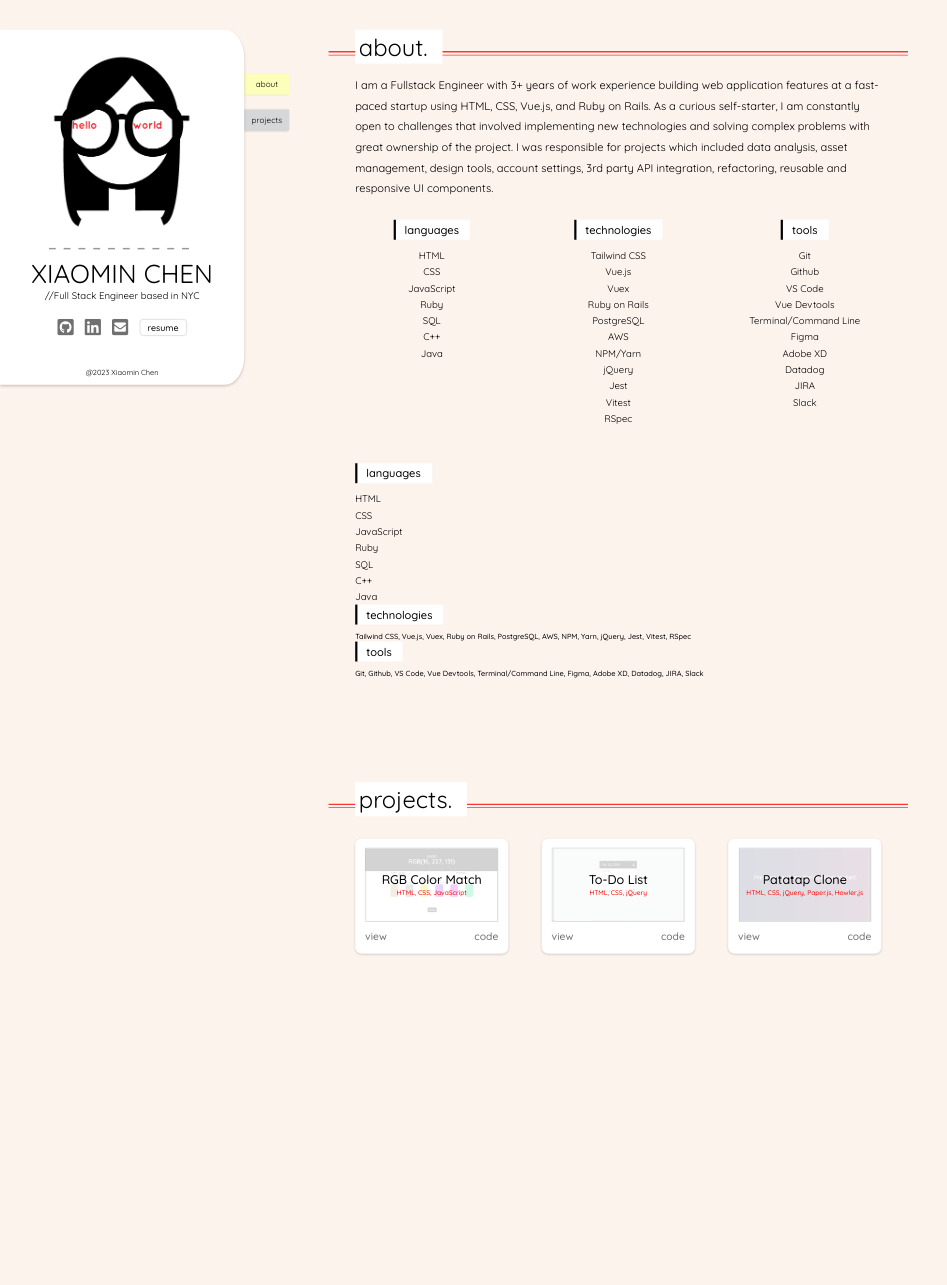
Repository: xchen136/xchen136.github.io
Page: index.html
These files come from the project's save history. The page is drawn as it stood at one moment and after the next save; the edit follows.
The browser window is 1280 px wide. The pictures show the whole page, at 74% of full size.
Some web libraries are served in a nearby version. The style sheet was rebuilt from its Sass, Less or Tailwind sources for each picture, by a compiler version that may differ from the author's.

Above is the page before, as saved 2023-04-08 13:07:30.

### index.html
<!DOCTYPE html>
<html lang="en">
<head>
	<meta charset="UTF-8">
	<meta name="viewport" content="width=device-width, initial-scale=1.0">
	<link rel="stylesheet" href="css/style.css">
	<link rel="shortcut icon" type="image/png" href="img/icon/favicon-32.png">
	<link rel="stylesheet" href="https://fonts.googleapis.com/css?family=Quicksand:300,400,500,700&display=swap">
	<link rel="stylesheet" href="https://use.fontawesome.com/releases/v5.8.1/css/all.css">
	<script src="https://code.jquery.com/jquery-3.6.4.min.js" integrity="sha256-oP6HI9z1XaZNBrJURtCoUT5SUnxFr8s3BzRl+cbzUq8=" crossorigin="anonymous"></script>

	<title>Xiaomin Chen</title>
</head>

<body class="main-background">
	<header id="home-header" class="header">
		<div class="header__profile">
			<div class="header__profile-logo-box">
				<img class="header__profile-avatar header__profile-logo"
					 alt="xiaomin's cartoon avatar"
					 srcset="img/avatar/cartoon_avatar-1x.png 1x, img/avatar/cartoon_avatar-2x.png 2x"
					 src="img/avatar/cartoon_avatar-2x.png">

				<img class="header__profile-avatar header__profile-photo"
					 alt="xiaomin's photo"
					 srcset="img/avatar/portrait_avatar-1x.jpg 1x, img/avatar/portrait_avatar-2x.jpg 2x"
					 src="img/avatar/portrait_avatar-2x.jpg">
			</div>

			<div class="header__divider-box">
				<div class="header__divider-line"></div>
			</div>

			<div class="header__content">
				<h1 class="heading-primary">
					<div class="heading-primary--main">Xiaomin Chen</div>
					<div class="heading-primary--sub">//Full Stack Engineer based in NYC</div>
				</h1>

				<div class="header__profileLinks">
					<a class="header__profileItem" href="https://github.com/xchen136" target="_blank"><i class="fab fa-github-square"></i></a>

					<a class="header__profileItem" href="https://www.linkedin.com/in/xchen136" target="_blank"><i class="fab fa-linkedin"></i></a>

					<!-- <a class="header__profileItem" href="https://www.instagram.com/wata.hia/" target="_blank"><i class="fab fa-instagram"></i></a> -->

					<a class="header__profileItem header__profileItem--email" tooltip="click to copy email">
						<i class="fas fa-envelope-square"></i>
					</a>

					<span class="header__btn-resume">
						<a href="Xiaomin_Chen_Resume.pdf" download>resume</a>
					</span>
				</div>

				<footer class="footer--home">@2023 Xiaomin Chen</footer>
			</div>
		</div>

		<nav id="home-nav" class="section-tab">
			<ul>
				<li class="section-tab__item section-tab__item--about"><a class="section-tab__link" href="#about">about</a></li>
				<!-- <li class="section-tab__item section-tab__item--design"><a class="section-tab__link" href="#design">design</a></li> -->
				<li class="section-tab__item section-tab__item--develop"><a class="section-tab__link" href="#projects">projects</a></li>
			</ul>
		</nav>
	</header>

	<main class="content">
		<section id="about" class="section-about">

			<div class="section-title">
				<div class="section-title__divider"></div>
				<h2 class="heading-secondary heading-secondary--sectionTitle">about.</h2>
			</div>

			<p class="section-about__summary">I am a Fullstack Engineer with 3+ years of work experience building web application features at a fast-paced startup using HTML, CSS, Vue.js, and Ruby on Rails.
				As a curious self-starter, I am constantly open to challenges that involved implementing new technologies and solving complex problems with great ownership of the project.
				I was responsible for projects which included data analysis, asset management, design tools, account settings, 3rd party API integration, refactoring, reusable and responsive UI components. </p>

			<div class="skill-box-row skill-box row">
				<div class="col-1-of-3">
					<!-- <img class="icon"
						 alt="icon for languages"
						 srcset="img/icon/icon-tech-1x.png 1x, img/icon/icon-tech-2x.png 2x"
						 src="img/icon/icon-tech-2x.png"> -->

					<h3 class="heading-tertiary skill-title">Languages</h3>
					<ul class="skill">
						<li class="skill__item">HTML</li>
						<li class="skill__item">CSS</li>
						<li class="skill__item">JavaScript</li>
						<li class="skill__item">Ruby</li>
						<li class="skill__item">SQL</li>
						<li class="skill__item">C++</li>
						<li class="skill__item">Java</li>
					</ul>
				</div>
				<div class="col-1-of-3">
					<!-- <img class="icon"
						 alt="icon for technology"
						 srcset="img/icon/icon-tech-1x.png 1x, img/icon/icon-tech-2x.png 2x"
						 src="img/icon/icon-tech-2x.png"> -->

					<h3 class="heading-tertiary skill-title">Technologies</h3>
					<ul class="skill">
						<li class="skill__item">Tailwind CSS</li>
						<li class="skill__item">Vue.js</li>
						<li class="skill__item">Vuex</li>
						<li class="skill__item">Ruby on Rails</li>
						<li class="skill__item">PostgreSQL</li>
						<li class="skill__item">AWS</li>
						<li class="skill__item">NPM/Yarn</li>
						<li class="skill__item">jQuery</li>
						<li class="skill__item">Jest</li>
						<li class="skill__item">Vitest</li>
						<li class="skill__item">RSpec</li>
					</ul>
				</div>
				<div class="col-1-of-3">
					<!-- <img class="icon"
						 alt="icon for tool"
						 srcset="img/icon/icon-tool-1x.png 1x, img/icon/icon-tool-2x.png 2x"
						 src="img/icon/icon-tool-2x.png"> -->
					<h3 class="heading-tertiary skill-title">Tools</h3>
					<ul class="skill">
						<li class="skill__item">Git</li>
						<li class="skill__item">Github</li>
						<li class="skill__item">VS Code</li>
						<li class="skill__item">Vue Devtools</li>
						<li class="skill__item">Terminal/Command Line</li>
						<li class="skill__item">Figma</li>
						<li class="skill__item">Adobe XD</li>
						<li class="skill__item">Datadog</li>
						<li class="skill__item">JIRA</li>
						<li class="skill__item">Slack</li>
					</ul>
				</div>
				<!-- <div class="col-1-of-3">
					<img class="icon"
						 alt="icon for design"
						 srcset="img/icon/icon-design-1x.png 1x, img/icon/icon-design-2x.png 2x"
					     src="img/icon/icon-design-2x.png">
					<h3 class="heading-tertiary skill-title">Design</h3>
					<ul class="skill">
						<li class="skill__item">Logo</li>
						<li class="skill__item">Poster</li>
						<li class="skill__item">Brochure</li>
						<li class="skill__item">Application</li>
						<li class="skill__item">Website</li>
					</ul>
				</div> -->
			</div>

			<div class="skill-box-col">
				<div class="">
					<h3 class="heading-tertiary skill-title">Languages</h3>
					<!-- <div class="skill">

						HTML, CSS, JavaScript, Ruby, SQL, C++, Java
					</div> -->
					<ul class="skill">
						<li class="skill__item">HTML</li>
						<li class="skill__item">CSS</li>
						<li class="skill__item">JavaScript</li>
						<li class="skill__item">Ruby</li>
						<li class="skill__item">SQL</li>
						<li class="skill__item">C++</li>
						<li class="skill__item">Java</li>
					</ul>
				</div>
				<div class="">
					<h3 class="heading-tertiary skill-title">Technologies</h3>
					<div>Tailwind CSS, Vue.js, Vuex, Ruby on Rails, PostgreSQL, AWS, NPM, Yarn, jQuery, Jest, Vitest, RSpec</div>
				</div>
				<div class="">
					<h3 class="heading-tertiary skill-title">Tools</h3>
					<div>Git, Github, VS Code, Vue Devtools, Terminal/Command Line, Figma, Adobe XD, Datadog, JIRA, Slack</div>
				</div>
			</div>
		</section>

		<!-- Jumping to <section> fail to change section-tab color to yellow, so will jump to id="design" class="locator" -->
		<!-- <section class="section-design">
			<div id="design" class="locator"></div>

			<div class="section-title">
				<div class="section-title__divider section-title__divider--long"></div>
				<h2 class="heading-secondary heading-secondary--sectionTitle">design.</h2>
			</div>

			<div class="section-design__content">
				<div class="row">
					<div class="col-1-of-4">
						<a href="design-chopstick.html">
							<div class="design-cover">
								<img class="design-cover__img"
									 alt="cropped cover for chopstick expedition's booklet design"
									 srcset="img/design-cover/chopstick-1x.jpg 1x, img/design-cover/chopstick-2x.jpg 2x"
									 src="img/design-cover/chopstick-2x.jpg">

								<div class="design-cover__content">
									<div class="design-cover__title">
										<p class="design-cover__title--main">Chopstick</p>
										<p class="design-cover__title--sub">Booklet</p>
									</div>
								</div>
							</div>
						</a>
					</div>
					<div class="col-1-of-4">
						<a href="design-yusaku.html">
							<div class="design-cover">
								<img class="design-cover__img"
									 alt="cropped cover for kamekura yusaku's design project"
									 srcset="img/design-cover/yusaku-eblast-1x.jpg 1x,
									         img/design-cover/yusaku-eblast-2x.jpg 2x"
								 	 src="img/design-cover/yusaku-eblast-2x.jpg">

								<div class="design-cover__content">
									<div class="design-cover__title">
										<p class="design-cover__title--main">Yusaku</p>
										<p class="design-cover__title--sub">Poster + Flyer</p>
									</div>
								</div>
							</div>
						</a>
					</div>
					<div class="col-1-of-4">
						<a href="design-ohny.html">
							<div class="design-cover">
								<img class="design-cover__img"
									 alt="cropped cover for open house new york's brochure design"
									 srcset="img/design-cover/ohny-1x.jpg 1x, img/design-cover/ohny-2x.jpg 2x"
									 src="img/design-cover/ohny-2x.jpg">

								<div class="design-cover__content">
									<div class="design-cover__title">
										<p class="design-cover__title--main">OHNY</p>
										<p class="design-cover__title--sub">Brochure</p>
									</div>
								</div>
							</div>
						</a>
					</div>
					<div class="col-1-of-4">
						<a href="design-metrofare.html">
							<div class="design-cover">
								<img class="design-cover__img"
									 alt="cropped cover for metrofare refill's app interface design"
									 srcset="img/design-cover/metrofare-refill-1x.jpg 1x,
									      img/design-cover/metrofare-refill-2x.jpg 2x"
									 src="img/design-cover/metrofare-refill-2x.jpg">

								<div class="design-cover__content">
									<div class="design-cover__title">
										<p class="design-cover__title--main">MetroFare Refill</p>
										<p class="design-cover__title--sub">App Interface</p>
									</div>
								</div>
							</div>
						</a>
					</div>
				</div>

				<div class="row">
					<div class="col-1-of-4">
						<a href="design-forest.html">
							<div class="design-cover">
								<img class="design-cover__img"
									 alt="cropped cover for the forest's movie poster design"
								     srcset="img/design-cover/the-forest-1x.jpg 1x, img/design-cover/the-forest-2x.jpg 2x"
								     src="img/design-cover/the-forest-2x.jpg">

								<div class="design-cover__content">
									<div class="design-cover__title">
										<p class="design-cover__title--main">The Forest</p>
										<p class="design-cover__title--sub">Poster</p>
									</div>
								</div>
							</div>
						</a>
					</div>
					<div class="col-1-of-4">
						<a href="design-sexualOffense.html">
							<div class="design-cover">
								<img class="design-cover__img"
									 alt="cropped cover for sexual offense's data visualization poster design"
									 srcset="img/design-cover/sexual-offense-1x.jpg 1x,
									 		 img/design-cover/sexual-offense-2x.jpg 2x"
									 src="img/design-cover/sexual-offense-2x.jpg">
								<div class="design-cover__content">
									<div class="design-cover__title">
										<p class="design-cover__title--main">Sexual Offense</p>
										<p class="design-cover__title--sub">Poster</p>
									</div>
								</div>
							</div>
						</a>
					</div>
					<div class="col-1-of-4">
						<a href="design-skyscraper.html">
							<div class="design-cover">
								<img class="design-cover__img"
									 alt="cropped cover for walking skyscraper's typography poster design"
									 srcset="img/design-cover/walking-skyscraper-1x.jpg 1x,
									 		 img/design-cover/walking-skyscraper-2x.jpg 2x"
									 src="img/design-cover/walking-skyscraper-2x.jpg">
								<div class="design-cover__content">
									<div class="design-cover__title">
										<p class="design-cover__title--main">Skyscraper</p>
										<p class="design-cover__title--sub">Poster</p>
									</div>
								</div>
							</div>
						</a>
					</div>
					<div class="col-1-of-4">
						<a href="design-superstudio.html">
							<div class="design-cover">
								<img class="design-cover__img"
									 alt="cropped cover for superstudio's world vision visual identity design"
									 srcset="img/design-cover/superstudio-1x.png 1x, img/design-cover/superstudio-2x.png 2x"
									 src="img/design-cover/superstudio-2x.png">
								<div class="design-cover__content">
									<div class="design-cover__title">
										<p class="design-cover__title--main">Superstudio</p>
										<p class="design-cover__title--sub">Logo</p>
									</div>
								</div>
							</div>
						</a>
					</div>
				</div>
			</div>


		</section> -->

		<section class="section-develop"> <!-- section-tab won't change to yellow when it jumps to this location-->

			<!-- to jump to a nice looking location-->
			<div id="projects" class="locator"></div>

			<div class="section-title">
				<div class="section-title__divider"></div>
				<h2 class="heading-secondary heading-secondary--sectionTitle">projects.</h2>
			</div>

			<div class="row">
				<div class="col-1-of-3 col-1-of-1">
					<div class="develop-cover">
						<div class="develop-cover__content">
							<img class="develop-cover__img"
								 alt="cover for the rgb color match coding project"
								 srcset="img/develop-cover/rgb-game-1x.png 1x, img/develop-cover/rgb-game-2x.png 2x"
								 src="img/develop-cover/rgb-game-2x.png">

							<div class="develop-cover__title">
								<p class="develop-cover__title--main">RGB Color Match</p>
								<p class="develop-cover__title--sub">HTML, CSS, JavaScript</p>
							</div>
						</div>

						<div class="develop-cover__btns">
							<a class="develop-cover__link develop-cover__link--left" href="coding-project/rgb-game/RGBgame.html" target="_blank">view</a>
							<a class="develop-cover__link develop-cover__link--right" href="https://github.com/xchen136/RGB-Color-Match" target="_blank">code</a>
						</div>
					</div>
				</div>

				<div class="col-1-of-3 col-1-of-1">
					<div class="develop-cover">
						<div class="develop-cover__content">
							<img class="develop-cover__img"
								 alt="cover for the todo list coding project"
								 srcset="img/develop-cover/todo-list-1x.png 1x, img/develop-cover/todo-list-2x.png 2x"
								 src="img/develop-cover/todo-list-2x.png">


							<div class="develop-cover__title">
								<p class="develop-cover__title--main">To-Do List</p>
								<p class="develop-cover__title--sub">HTML, CSS, jQuery</p>
							</div>
						</div>

						<div class="develop-cover__btns">
							<a class="develop-cover__link develop-cover__link--left" href="coding-project/todo-list/todo.html" target="_blank">view</a>
							<a class="develop-cover__link develop-cover__link--right" href="https://github.com/xchen136/To-do-List" target="_blank">code</a>
						</div>
					</div>
				</div>

				<div class="col-1-of-3 col-1-of-1">
					<div class="develop-cover">
						<div class="develop-cover__content">
							<img class="develop-cover__img"
								 alt="cover for the patatap coding project"
								 srcset="img/develop-cover/patatap-1x.png 1x, img/develop-cover/patatap-2x.png 2x"
								 src="img/develop-cover/patatap-2x.png">

							<div class="develop-cover__title">
								<p class="develop-cover__title--main">Patatap Clone</p>
								<p class="develop-cover__title--sub">HTML, CSS, jQuery, Paper.js, Howler,js</p>
							</div>
						</div>

						<div class="develop-cover__btns">
							<a class="develop-cover__link develop-cover__link--left" href="coding-project/patatap-clone/patatap.html" target="_blank">view</a>
							<a class="develop-cover__link develop-cover__link--right" href="https://github.com/xchen136/Patatap-Clone" target="_blank">code</a>
						</div>
					</div>
				</div>
			</div>

			<div class="row">
				<!-- <div class="col-1-of-3 col-1-of-1">
					<div class="develop-cover">
						<div class="develop-cover__content">
							<img class="develop-cover__img"
								 alt="cover for the step counting data visualization coding project"
								 srcset="img/develop-cover/step-counting-1x.png 1x,
								 		 img/develop-cover/step-counting-2x.png 2x"
								 src="img/develop-cover/step-counting-2x.png">

							<div class="develop-cover__title">
								<p class="develop-cover__title--main">Data Visualization</p>
								<p class="develop-cover__title--sub">HTML, CSS, jQuery, D3.js</p>
							</div>
						</div>

						<div class="develop-cover__btns">
							<a class="develop-cover__link develop-cover__link--left" href="coding-project/step-counting/step-counting.html" target="_blank">view</a>
							<a class="develop-cover__link develop-cover__link--right" href="https://github.com/xchen136/Step-Counting-and-Screen-Time" target="_blank">code</a>
						</div>
					</div>
				</div>	 -->

				<!-- <div class="col-1-of-3 col-1-of-1">
					<div class="develop-cover">
						<div class="develop-cover__content">
							<img class="develop-cover__img"
								 alt="cover for the song finder coding project"
								 srcset="img/develop-cover/song-finder-1x.png 1x, img/develop-cover/song-finder-2x.png 2x"
								 src="img/develop-cover/song-finder-2x.png">

							<div class="develop-cover__title">
								<p class="develop-cover__title--main">Song Track Finder</p>
								<p class="develop-cover__title--sub">HTML, CSS, jQuery, last.fm API</p>
							</div>
						</div>

						<div class="develop-cover__btns">
							<a class="develop-cover__link develop-cover__link--left" href="coding-project/song-track-finder/song-track-finder.html" target="_blank">view</a>
							<a class="develop-cover__link develop-cover__link--right" href="https://github.com/xchen136/Song-Track" target="_blank">code</a>
						</div>
					</div>
				</div>	 -->

<!-- 				<div class="col-1-of-3 col-1-of-1">
					<div class="develop-cover">
						<div class="develop-cover__content">
							<img class="develop-cover__img" src="#" alt="image cover for coding project ---">

							<div class="develop-cover__title">
								<p class="develop-cover__title--main">Coming Soon...</p>
								<p class="develop-cover__title--sub">%$#%#I^</p>
							</div>
						</div>

						<div class="develop-cover__btns">
							<a class="develop-cover__link develop-cover__link--left" href="#develop" target="_blank">view</a>
							<a class="develop-cover__link develop-cover__link--right" href="#develop" target="_blank">code</a>
						</div>
					</div>
				</div>	 -->
			</div>
		</section>

		<section class="section-contact"></section>
	</main>

	<script type="text/javascript" src="js/homepage.js"></script>
</body>
</html>

### sass/main.scss


@import "abstracts/mixins";
@import "abstracts/variables";

@import "base/animations";
@import "base/base";
@import "base/typography";
@import "base/utilities";

@import "components/autoSlide";
@import "components/card";
@import "components/design-cover";
@import "components/develop-cover";
@import "components/scroll-indicator";
@import "components/section-title";

@import "layout/design-content";
@import "layout/design-nav";
@import "layout/footer";
@import "layout/grid";
@import "layout/header";
@import "layout/section-tab";

@import "pages/home";

### sass/abstracts/_variables.scss


//GRID
$grid-width: 114rem;
$gutter-vertical-huge: 7rem;
$gutter-vertical-big: 6rem;
$gutter-vertical: 5rem;
$gutter-vertical-small: 3rem;
$gutter-horizontal-gigantic: 10rem;
$gutter-horizontal-huge: 7rem;
$gutter-horizontal: 4.5rem;
$gutter-horizontal-small: 3.5rem;
$gutter-horizontal-tiny: 2rem;
$gutter-horizontal-mini: 1rem;


//COLORS
$color-primary: #FDF3ED;
$color-gray: #D5D7DB;
$color-gray-dark: #707070;
$color-red: #FB0808;
$color-yellow: #FBFFB9;


//BOX-SHADOW
$shadow-default: 0 2px 4px rgba(#000000, .2);
$shadow-light: 0 1px 3px rgba(#000000, .2);


//HEADER WIDTH
$header-width-tabLand: 30rem;
$header-width-desktop: 35rem;

### sass/base/_animations.scss

@keyframes fade {
    from {
    	opacity: .4;
	}
    to {
    	opacity: 1;
	}
}


@keyframes moveX{
	from {
		left: .2rem; 				//color-ball shadow is 2px
	}
	to {
		left: 13.08rem;
	}
}


@keyframes moveY {
	from {
		top: .2rem;
	}
	to {
		top: 8.04rem;
	}
}


@media (max-width: 46.88em), (hover:none){		//sm-tab-port

	@keyframes moveX{
		from {
			left: .2rem;
		}
		to {
			left: 24.84rem;
		}
	}
}


@media (max-width: 46.88em), (hover:none){		//sm-tab-port

	@keyframes moveY{
		from {
			top: .2rem;
		}
		to {
			top: 15.32rem;
		}
	}
}


@keyframes moveTitleLeft{
	0%{
		opacity: 0;
		left: 50%;
	}

	100%{
		opacity: 1;
		left: 0;
	}
}


@keyframes moveTitleRight{
	0%{
		opacity: 0;
		right: 50%;
	}

	100%{
		opacity: 1;
		right: 0;
	}
}


@keyframes scrollDown{
	0%{
		right: 0;
	}

	100%{
		right: 75%;
	}
}

### sass/base/_utilities.scss

.u-margin-bottom-mini{
	margin-bottom: 1rem !important;
}

### sass/layout/_footer.scss


.footer{
	&--home{
		position: absolute;
		@include centerH;
		bottom: 1rem;
		font-weight: 400;

		@include respond(big-tab-port){
			font-size: 1.3rem;
		}

		@include respond(big-phone){
			font-weight: 500;
		}

		@include respond(sm-phone){
			font-size: 1.6rem;
			bottom: 2rem;
		}
	}

	&--design{
		display: flex;
		align-items: center;
		justify-content: center;
		height: 6vh;
		font-size: 1.2rem;

		@include respond(sm-tab-port){
			font-size: 2rem;
			height: 6rem;
		}

		@include respond(big-phone){
			font-size: 2.2rem;
			height: 7rem;
		}

		@include respond(sm-phone){
			font-size: 2.5rem;
		}
	}
}

Loaded but not shown: js/homepage.js (65 lines, source omitted); sass/layout/_header.scss (326 lines, source omitted); sass/layout/_grid.scss (164 lines, source omitted); sass/layout/_design-content.scss (205 lines, source omitted); sass/pages/_home.scss (214 lines, source omitted); sass/components/_develop-cover.scss (183 lines, source omitted); sass/base/_typography.scss (167 lines, source omitted); sass/abstracts/_mixins.scss (92 lines, source omitted); sass/components/_design-cover.scss (126 lines, source omitted); sass/layout/_design-nav.scss (135 lines, source omitted); sass/components/_card.scss (103 lines, source omitted); sass/base/_base.scss (57 lines, source omitted); sass/components/_autoSlide.scss (66 lines, source omitted); sass/layout/_section-tab.scss (67 lines, source omitted); sass/components/_section-title.scss (47 lines, source omitted); sass/components/_scroll-indicator.scss (53 lines, source omitted)

After the next save:
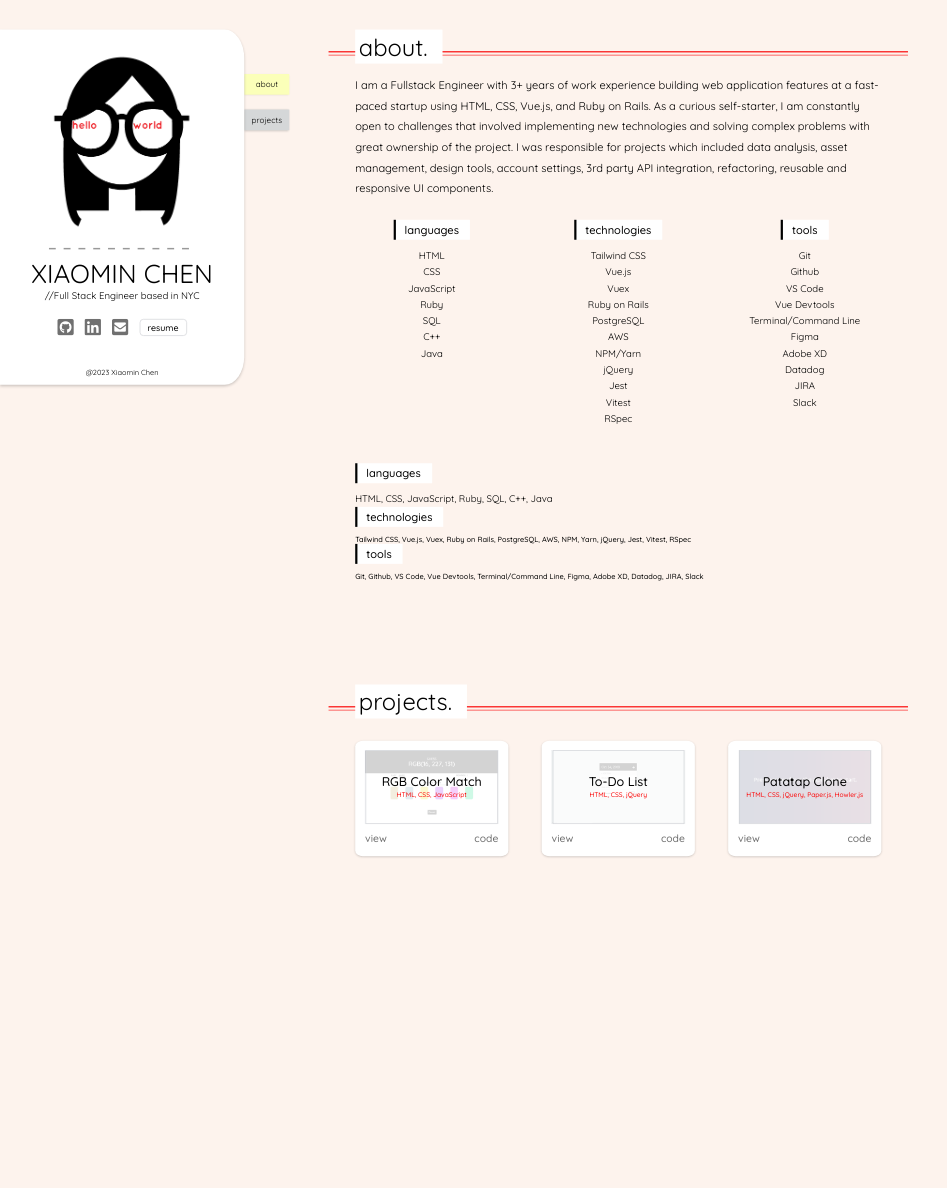
Saved 77 s later.
--- a/index.html
+++ b/index.html
@@ -155,11 +155,11 @@
 			<div class="skill-box-col">
 				<div class="">
 					<h3 class="heading-tertiary skill-title">Languages</h3>
-					<!-- <div class="skill">
+					<div class="skill">
 
 						HTML, CSS, JavaScript, Ruby, SQL, C++, Java
-					</div> -->
-					<ul class="skill">
+					</div>
+					<!-- <ul class="skill">
 						<li class="skill__item">HTML</li>
 						<li class="skill__item">CSS</li>
 						<li class="skill__item">JavaScript</li>
@@ -167,7 +167,7 @@
 						<li class="skill__item">SQL</li>
 						<li class="skill__item">C++</li>
 						<li class="skill__item">Java</li>
-					</ul>
+					</ul> -->
 				</div>
 				<div class="">
 					<h3 class="heading-tertiary skill-title">Technologies</h3>
